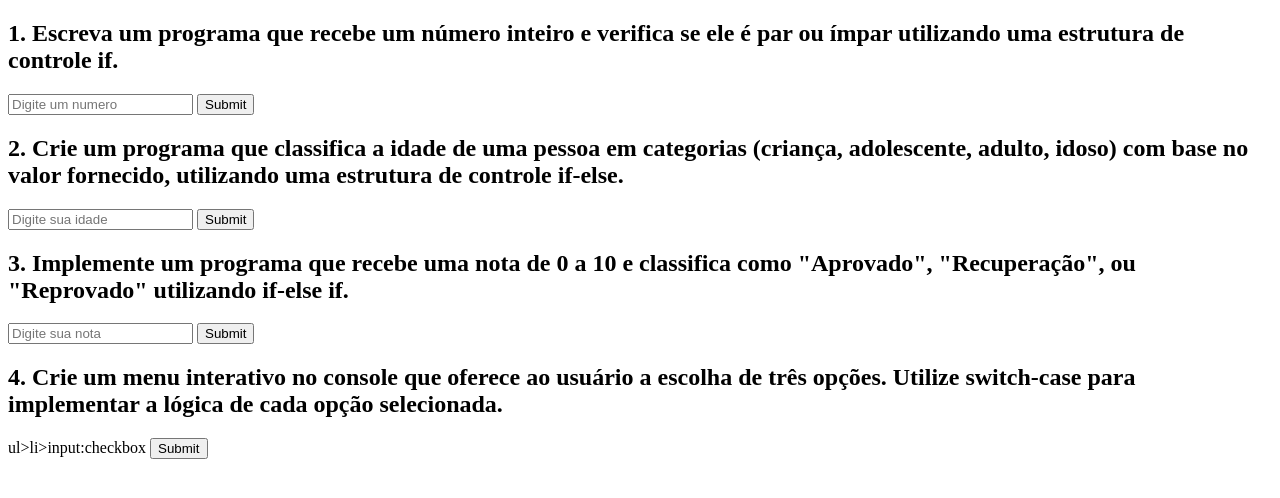
Repository: chidekina/prati-logica
Page: index.html
The author's editor kept a copy of each file at every save. The page is drawn from the files as they stood at one save, then again after the next save.
The browser window is 1280 px wide. The pictures show the whole page.

Above is the page before, as saved 2025-04-29 14:27:17.

### index.html
<!DOCTYPE html>
<html lang="en">
<head>
    <main>
        <meta charset="UTF-8">
        <meta name="viewport" content="width=device-width, initial-scale=1.0">
        <title>+prati - Lista de Exercicios 1</title>
    </head>
<body>
    <div>
        <h2>
            1. Escreva um programa que recebe um número inteiro e verifica se ele é par ou ímpar
utilizando uma estrutura de controle if.
    </h2>
    <div>
        <input id="task1" type="text" placeholder="Digite um numero" />
        <input type="submit" onclick="parOuImpar()">
    </div>
    <h3 id="answer1"></h3>
</div>
    <div>
        <h2>
            2. Crie um programa que classifica a idade de uma pessoa em categorias (criança,
adolescente, adulto, idoso) com base no valor fornecido, utilizando uma estrutura de
controle if-else.
    </h2>
    <div>
        <input id="task2" type="text" placeholder="Digite sua idade" />
        <input type="submit" onclick="classificacaoEtaria()">
    </div>
    <h3 id="answer2"></h3>
</div>
    <div>
        <h2>
            3. Implemente um programa que recebe uma nota de 0 a 10 e classifica como
"Aprovado", "Recuperação", ou "Reprovado" utilizando if-else if.
    </h2>
    <div>
        <input id="task3" type="text" placeholder="Digite sua nota" />
        <input type="submit" onclick="aprovacao()">
    </div>
    <h3 id="answer3"></h3>
</div>
    <div>
        <h2>
            4. Crie um menu interativo no console que oferece ao usuário a escolha de três opções.
Utilize switch-case para implementar a lógica de cada opção selecionada.
    </h2>
    <div>
        ul>li>input:checkbox
        <input type="submit" onclick="aprovacao()">
    </div>
    <h3 id="answer3"></h3>
</div>
</main>
<script src="app.js"></script>
</body>
</html>

### app.js
function parOuImpar() {
  const task1 = document.getElementById("task1");
  const numero = parseInt(task1.value);
  let answer1 = document.getElementById("answer1");

  if (isNaN(numero)) {
    alert("Digite um número válido.");
  } else {
    answer1.innerHTML = `O número ${numero} é ${numero % 2 === 0 ? 'par' : 'ímpar'}`;
  }
  task1.value = '';
}

function classificacaoEtaria() {
  const task2 = document.getElementById("task2");
  const idade = parseInt(task2.value);
  let classificacao;
  let answer2 = document.getElementById("answer2");

  if (isNaN(idade) || idade > 100 || idade < 0) {
    alert("Digite uma idade válida.");
  } else {
    if (idade >= 60) {
      classificacao = "idoso";
    } else if (idade >= 20) {
      classificacao = "adulto";
    } else if (idade >= 12) {
      classificacao = "adolescente";
    } else {
      classificacao = "criança";
    }
    answer2.innerHTML = `A idade de ${idade} anos é classificada como ${classificacao}.`;
  }
  task2.value = '';
}

function aprovacao() {
    const task3 = document.getElementById('task3');
    const nota = task3.value;

    if( nota < 0 || nota > 10 || isNaN(nota)) {
        alert('Digite uma nota válida.');
    } else {
        answer3.innerHTML = nota >= 7 ? 'Parabéns! Você foi aprovado.' : 'Poxa... Você ficou de recuperação.';
    }

    task3.value = '';
}

After the next save:
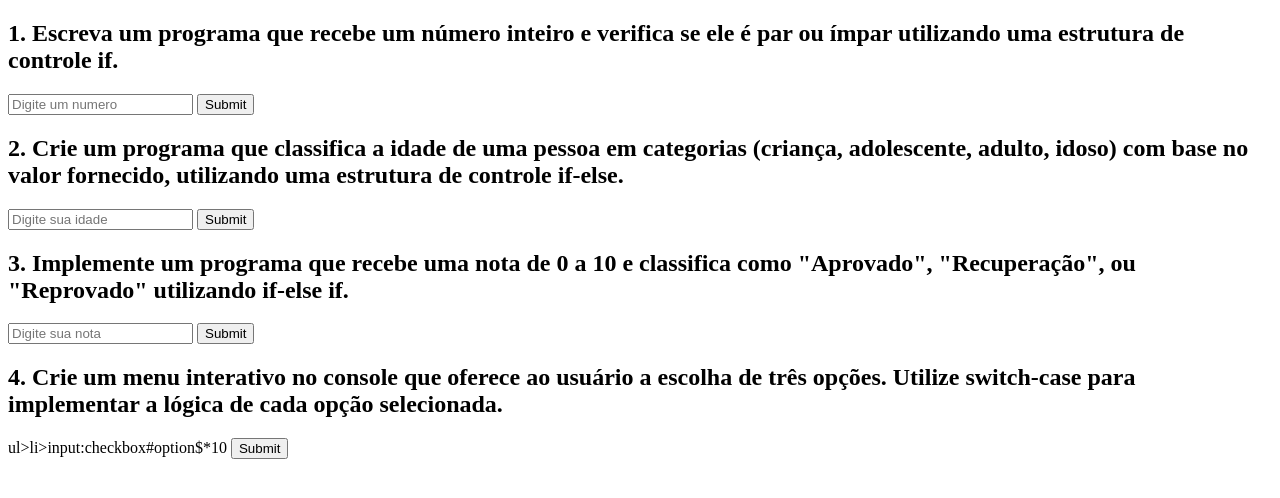
Saved 4 s later.
--- a/index.html
+++ b/index.html
@@ -47,7 +47,7 @@ controle if-else.
 Utilize switch-case para implementar a lógica de cada opção selecionada.
     </h2>
     <div>
-        ul>li>input:checkbox
+        ul>li>input:checkbox#option$*10
         <input type="submit" onclick="aprovacao()">
     </div>
     <h3 id="answer3"></h3>
